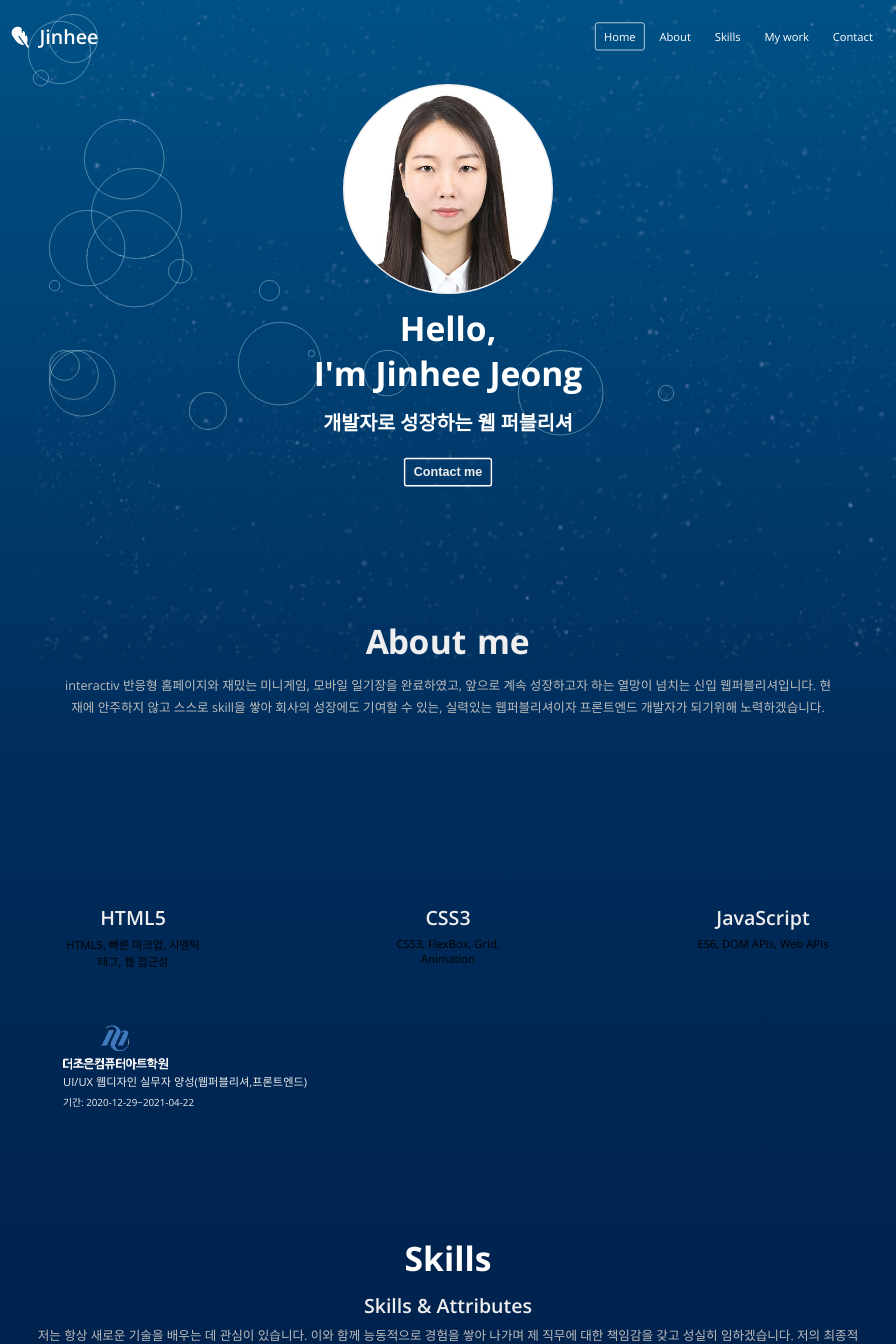
Repository: jinhee196/portfolio
Page: index.html
The author's editor kept a copy of each file at every save. The page is drawn from the files as they stood at one save, then again after the next save.
The browser window is 1280 px wide. The pictures show the part of the page from y = 0 to 1920 px (the page is 4595 px tall before and 5778 px after), at 70% of full size.
An inner scrolling area shows only its first screen. Some web libraries are served in a nearby version.

Above is the page before, as saved 2021-07-07 19:06:07.

After the next save:
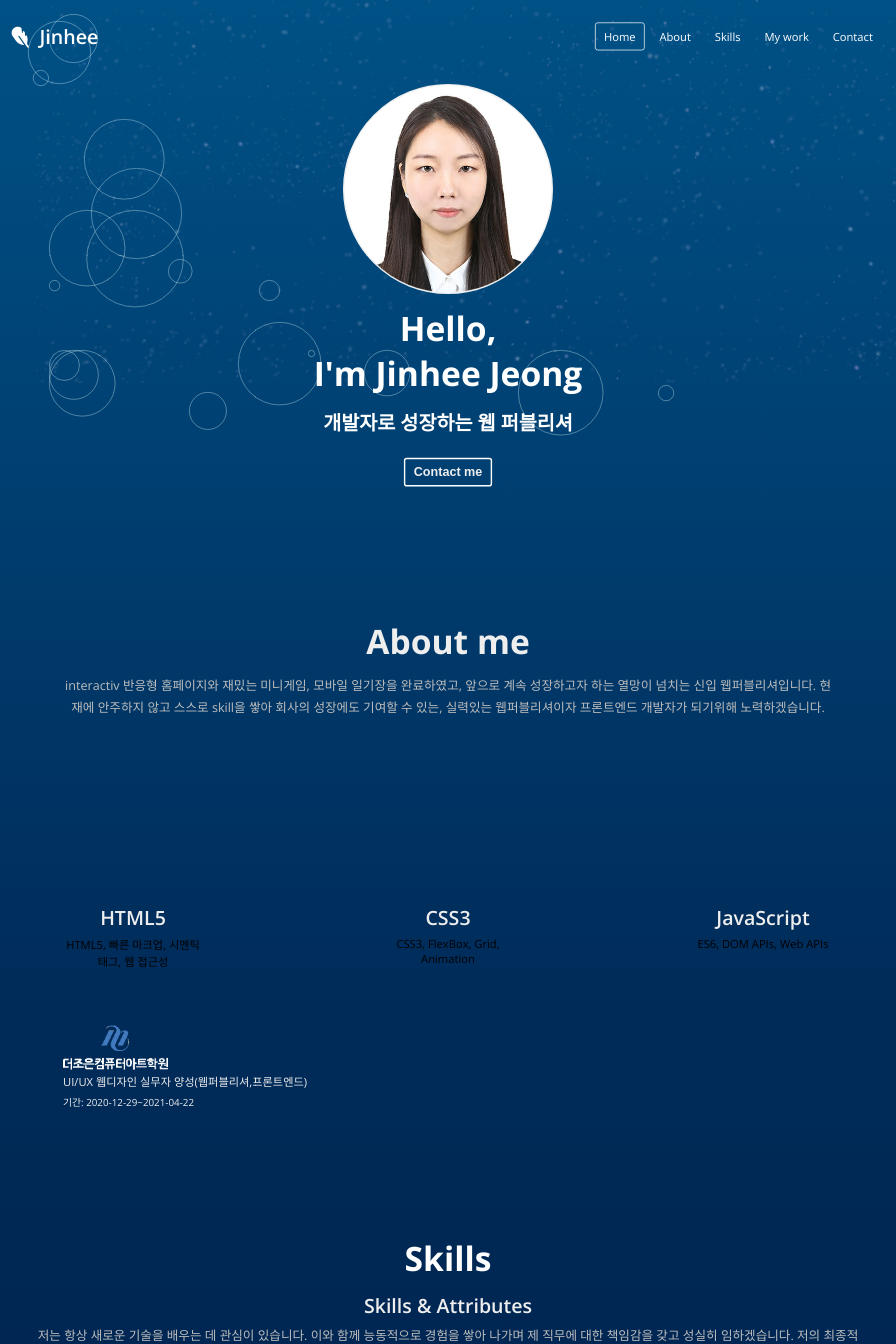
Saved 61 s later.
--- a/index.html
+++ b/index.html
@@ -312,7 +312,7 @@
         </div>
         <h1 class="contact__title">contact me</h1>
         <h2 class="contact__email">wjdwlsgml196@gmail.com</h2>
-        <div class="contact__links contactBox">
+        <div class="contact__links">
             <a href="https://github.com/jinhee196" target="_blank" >
                 <i class="fab fa-github"></i>
             </a>

After the save that followed:
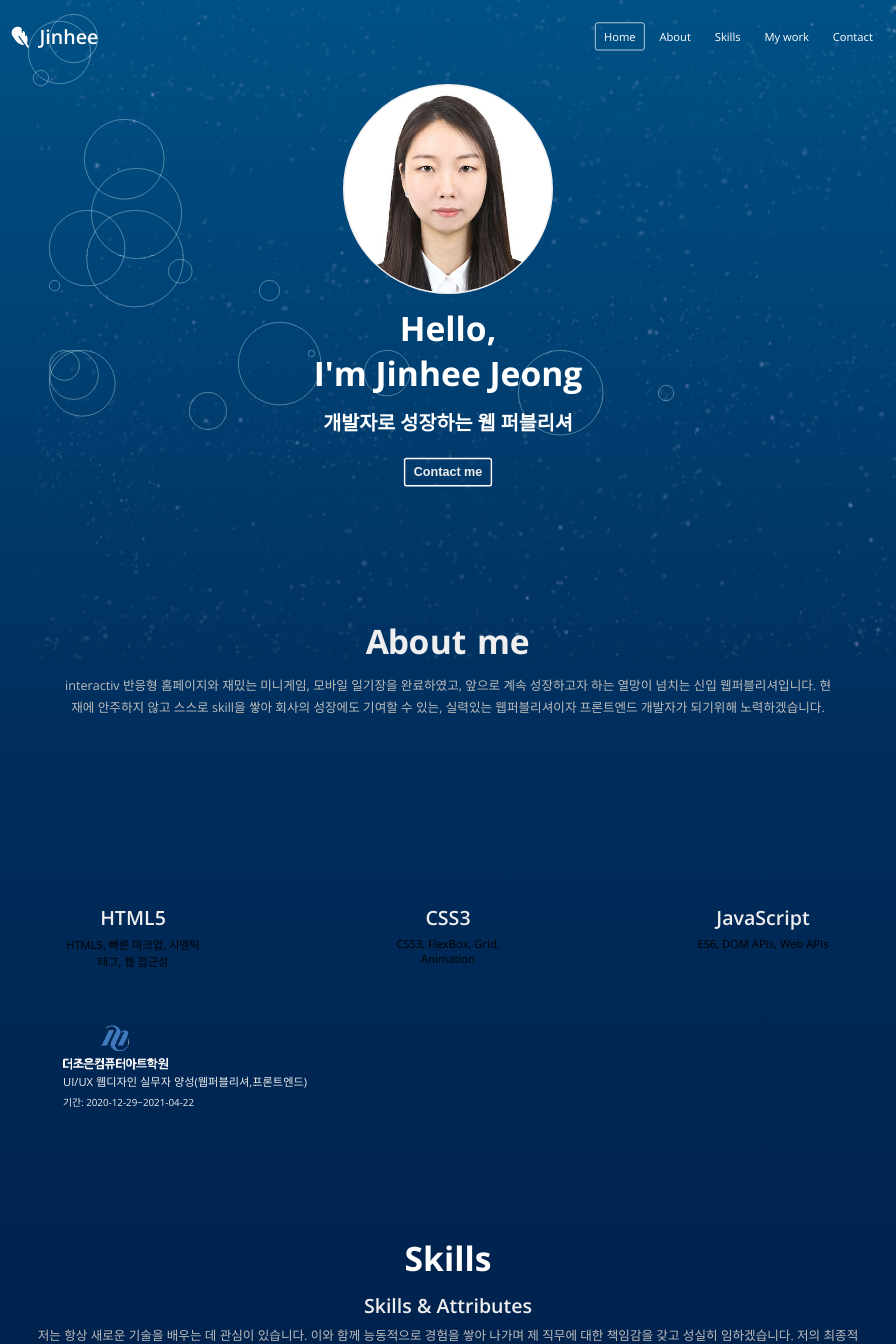
Saved 4 s later.
--- a/index.html
+++ b/index.html
@@ -312,7 +312,7 @@
         </div>
         <h1 class="contact__title">contact me</h1>
         <h2 class="contact__email">wjdwlsgml196@gmail.com</h2>
-        <div class="contact__links">
+        <div class="contact__links contactBox">
             <a href="https://github.com/jinhee196" target="_blank" >
                 <i class="fab fa-github"></i>
             </a>
